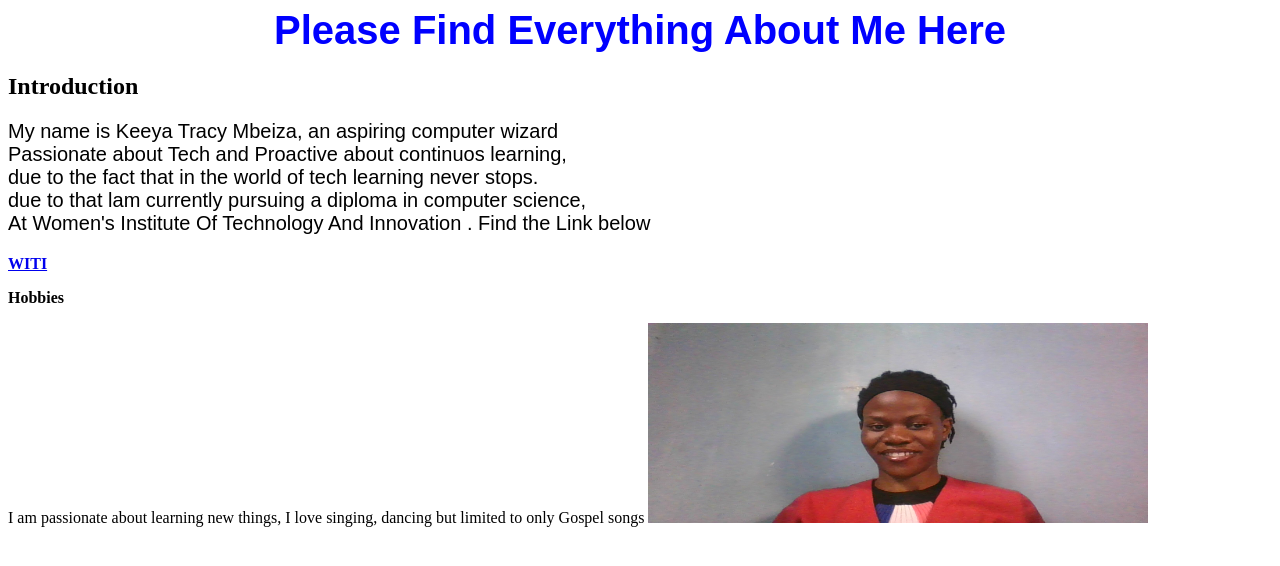
Repository: tracykeeya/my_first_web
Page: index.html
An editor plug-in stored every save of this project. The page is shown before and after the next save, followed by the edit.
The browser window is 1280 px wide. The pictures show the whole page.

Above is the page before, as saved 2025-11-03 03:03:10.

After the next save:
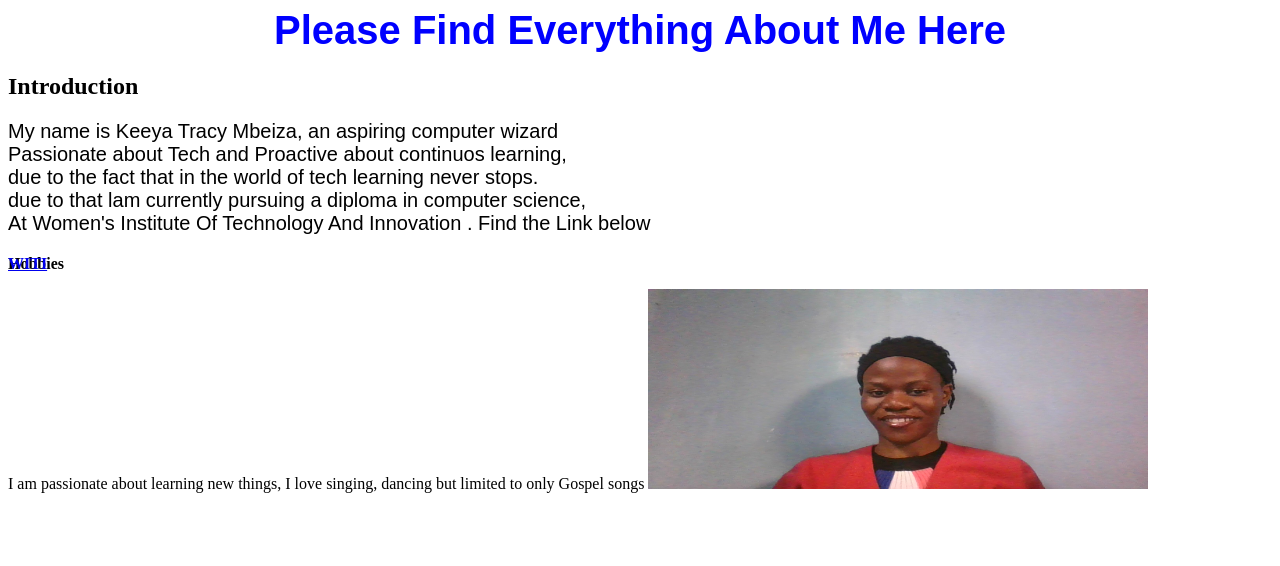
Saved 10 s later.
--- a/index.html
+++ b/index.html
@@ -11,7 +11,7 @@
 
     <p style="font-size: 20px; font-family: Arial, Helvetica, sans-serif; text-align: left; color: rgb(0, 0, 0)">My name is Keeya Tracy Mbeiza, an aspiring computer wizard<br>Passionate about Tech and Proactive about continuos learning,<br> due to the fact that in the world of tech learning never stops.<br> due to that lam currently pursuing a diploma in computer science,<br>
         At Women's Institute Of Technology And Innovation . Find the Link below </br></p>
-    <a href="https://www.witi.ac.ug/" style="position: ;"><b>WITI</b></a>
+    <a href="https://www.witi.ac.ug/" style="position: absolute;"><b>WITI</b></a>
 
     <p><b>Hobbies</b></p>
     I am passionate about learning new things,

After the save that followed:
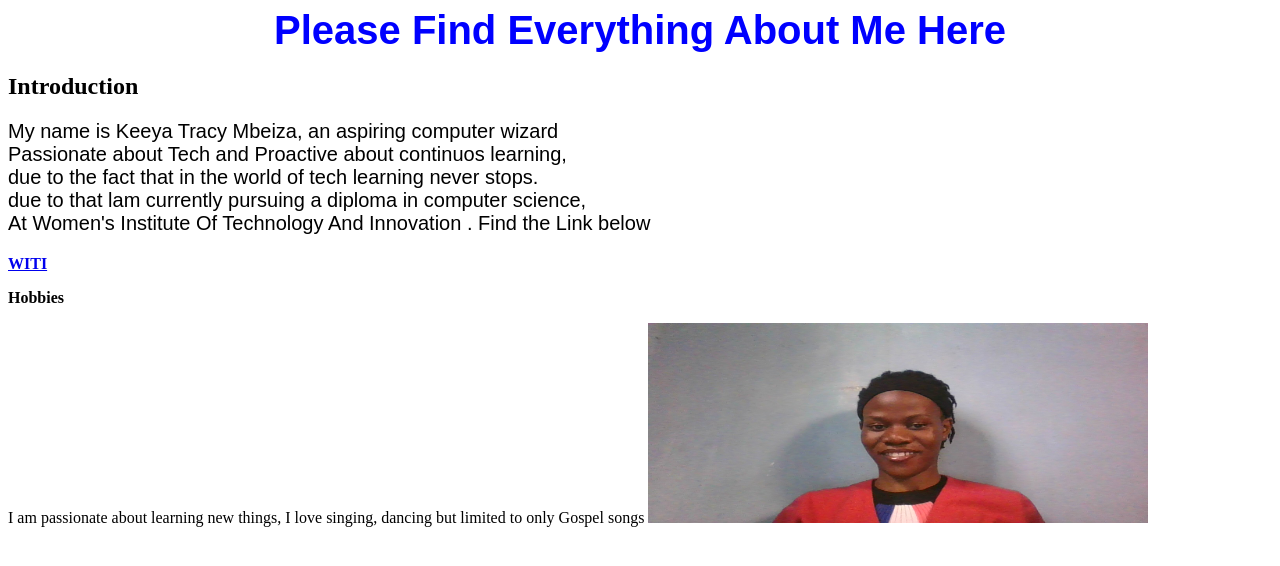
Saved 20 s later.
--- a/index.html
+++ b/index.html
@@ -11,7 +11,7 @@
 
     <p style="font-size: 20px; font-family: Arial, Helvetica, sans-serif; text-align: left; color: rgb(0, 0, 0)">My name is Keeya Tracy Mbeiza, an aspiring computer wizard<br>Passionate about Tech and Proactive about continuos learning,<br> due to the fact that in the world of tech learning never stops.<br> due to that lam currently pursuing a diploma in computer science,<br>
         At Women's Institute Of Technology And Innovation . Find the Link below </br></p>
-    <a href="https://www.witi.ac.ug/" style="position: absolute;"><b>WITI</b></a>
+    <a href="https://www.witi.ac.ug/" style="position: ;"><b>WITI</b></a>
 
     <p><b>Hobbies</b></p>
     I am passionate about learning new things,
